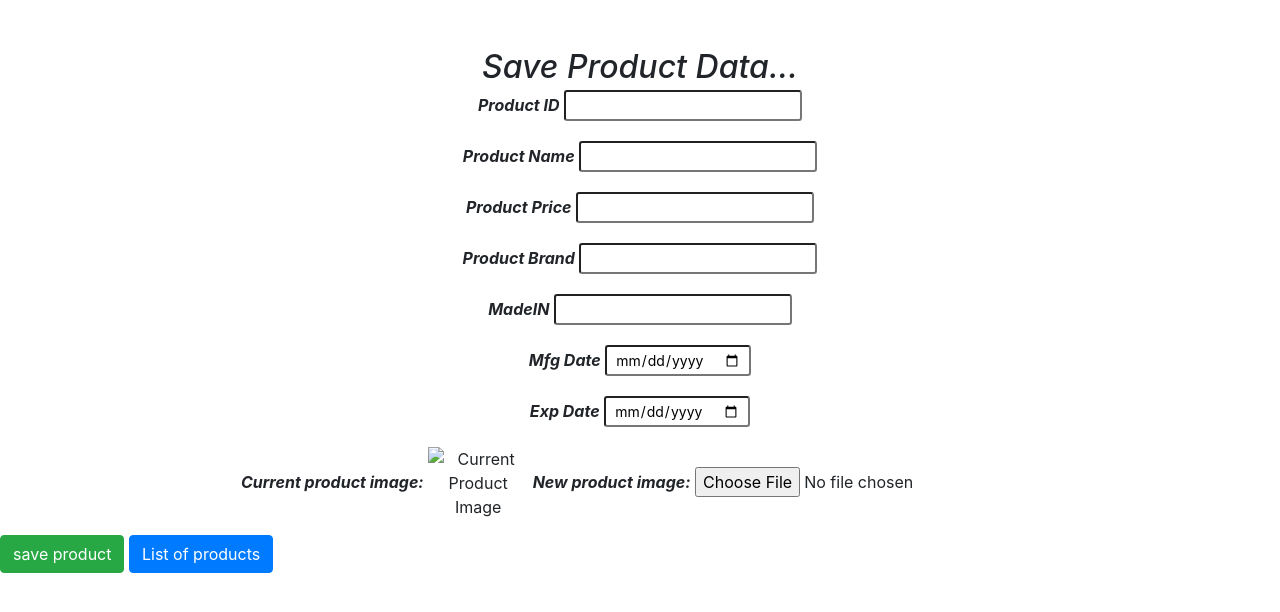
Repository: acharikammari/advjavapro
Page: http://localhost/Productprojectapp/Edit-form.jsp
These files come from the project's save history. The page is drawn as it stood at one moment and after the next save; the edit follows.
The browser window is 1280 px wide. The pictures show the whole page.
The page is served by Tomcat 9. Other server files are loaded and not shown. The template is opened directly, without the code that normally fills it, so the values that code supplies are empty.

Above is the page before, as saved 2024-03-07 12:48:50.

### Productprojectapp/src/main/webapp/Edit-form.jsp
<%@ page language="java" contentType="text/html; charset=UTF-8"
    pageEncoding="UTF-8"%>
<!DOCTYPE html>
<html>
<head>
<meta charset="UTF-8">
	<title>Edit the details</title>
	<!-- bootstrap cdn link to get the support of bootstrap -->
<link rel="stylesheet" href="https://stackpath.bootstrapcdn.com/bootstrap/4.5.2/css/bootstrap.min.css">
</head>
<body>

		<div class="cantainer mt-5 text-center">
		<h2 class="text-center font-italic mb-1">Save Product Data...</h2>
		<form method="post" action="./UpdateProductServlet" enctype="multipart/form-data" onsubmit="return validationForm()">

			<div class="form-group">
				<label class="font-italic font-weight-bold" for="proId">Product ID</label>
				<input type="text" class="form-control-sm" id="proId" name="proId" value="${existingproduct.proId}" required>
			</div>

			<div class="form-group">
				<label class="font-italic font-weight-bold" for="proName">Product Name</label>
				<input type="text" class="form-control-sm" id="proName" name="proName"  value="${existingproduct.proName}" required>
			</div>

			<div class="form-group">
				<label class="font-italic font-weight-bold" for="proPrice">Product Price</label>
				<input type="number" class="form-control-sm" id="proPrice" name="proPrice"  value="${existingproduct.proPrice}" required>
			</div>

			<div class="form-group">
				<label class="font-italic font-weight-bold" for="proBrand">Product Brand</label>
				<input type="text" class="form-control-sm" id="proBrand" name="proBrand" value="${existingproduct.proBrand}" required>
			</div>

			<div class="form-group">
				<label class="font-italic font-weight-bold" for="MadeIN">MadeIN</label>
				<input type="text" class="form-control-sm" id="MadeIN" name="MadeIN" value="${existingproduct.proMadeIn}" required>
			</div>

			<div class="form-group">
				<label class="font-italic font-weight-bold" for="mfgdate">Mfg Date</label>
				<input type="date" class="form-control-sm" id="mfgDate" name="mfgDate"  value="${existingproduct.proMfgDate}"  required>
			</div>

			<div class="form-group">
				<label class="font-italic font-weight-bold" for="expdate">Exp Date</label>
				<input type="date" class="form-control-sm" id="expDate" name="expDate"   value="${existingproduct.proExpDate}" required>
			</div>

			<!--  <div class="form-group">
				<label class="font-italic font-weight-bold" for="proimage">Product Image</label>
				<input type="file" class="form-control-sm" id="proimage" name="proimage"  accept="image/*">
			</div>-->

			<!-- Diapaly the current product image -->
			<div class="form-group">

			<label class="font-italic font-weight-bold" for="proimage">Current product image:</label>
			<img id="currentImage" src="data:[embedded picture, 86 characters]"
				alt="Current Product Image" style="max-width: 100px; max-height:100px;">
			<input type="hidden" id="existingImage" name="existingImage" value=${existingproduct.proImage}"/>

			</div>

			<!-- Allow the user to upload a new image -->

		<div class="form-group">
			<label class="font-italic font-weight-bold" for="newProImage">New product image:</label>
			<input type="file" class="form-control-file-sm" id="newProImage" name="newProImage accept="image/*">
		</div>






			</div>

			<div>
				<input type="submit" class="btn btn-success" value="save product"/>
				<a href="productlist.jsp" class="btn btn-primary">List of products</a>
			</div>
		</form>

</body>
</html>

After the next save:
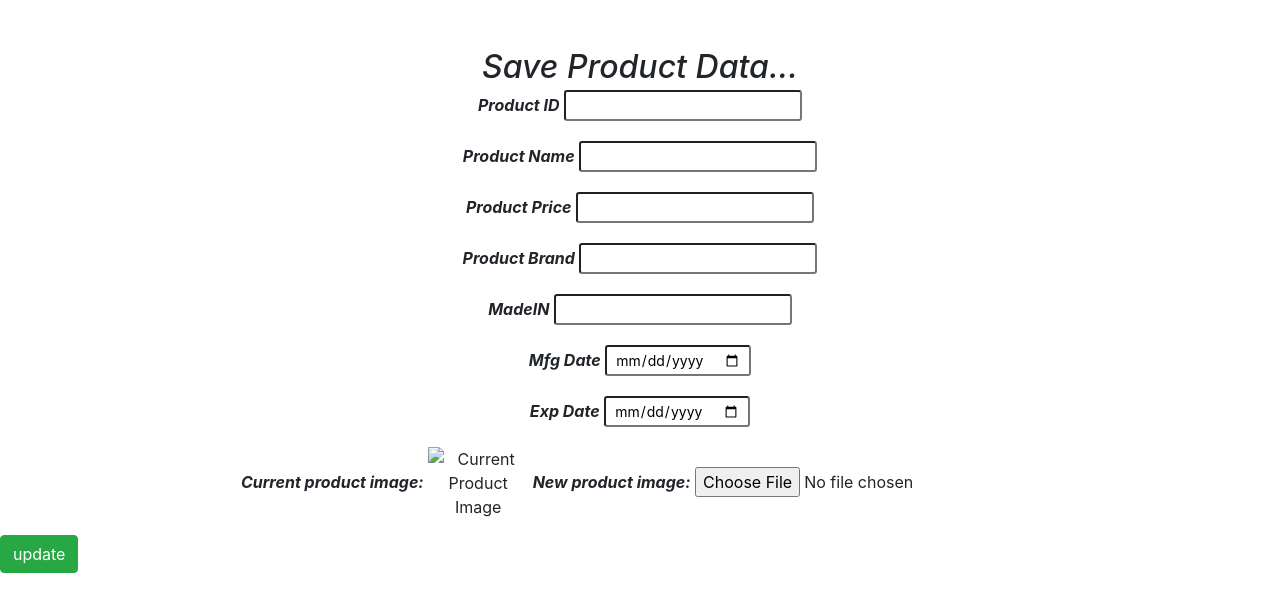
Saved 6 min 49 s later.
--- a/Productprojectapp/src/main/webapp/Edit-form.jsp
+++ b/Productprojectapp/src/main/webapp/Edit-form.jsp
@@ -79,8 +79,7 @@
 			</div>
 
 			<div>
-				<input type="submit" class="btn btn-success" value="save product"/>
-				<a href="productlist.jsp" class="btn btn-primary">List of products</a>
+				<input type="submit" class="btn btn-success" value="update"/>
 			</div>
 		</form>
 
